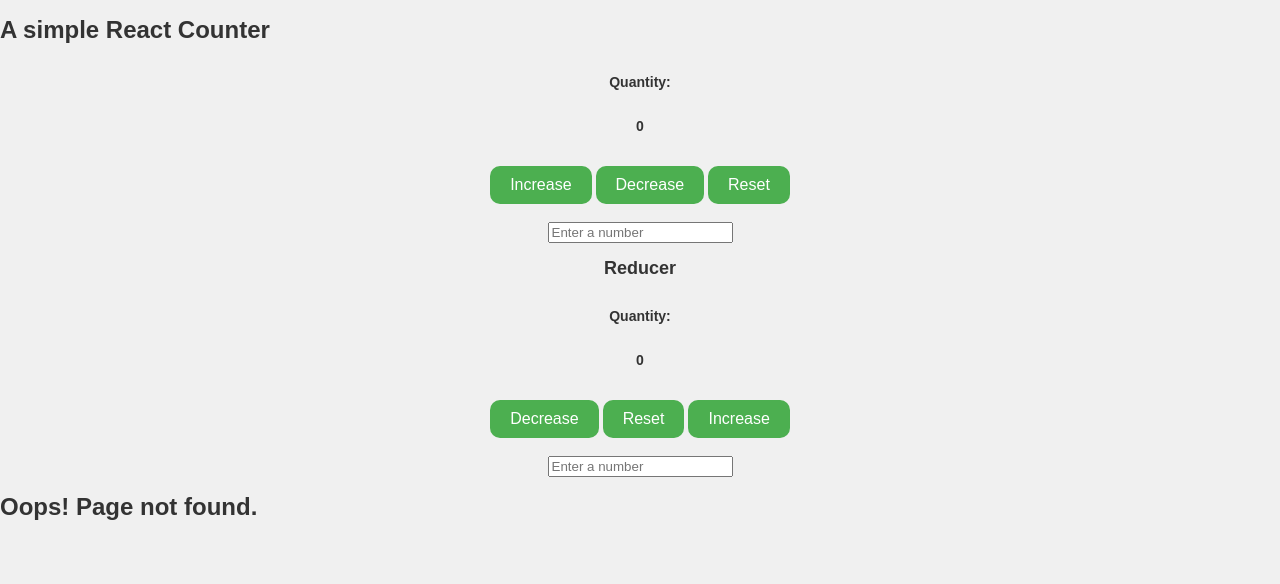
Repository: qudos4real/altschool-second-sem
Page: /
These files come from the project's save history. The page is drawn as it stood at one moment and after the next save; the edit follows.
The browser window is 1280 px wide. The pictures show the whole page.
The project was rebuilt for these pictures with package versions that can differ from the ones it lists, and the page was loaded fresh each time. Also part of the build but not shown: src/App.css, src/Components/ErrorBoundary.js.

Above is the page before, as saved 2022-11-04 14:53:40.

After the next save:
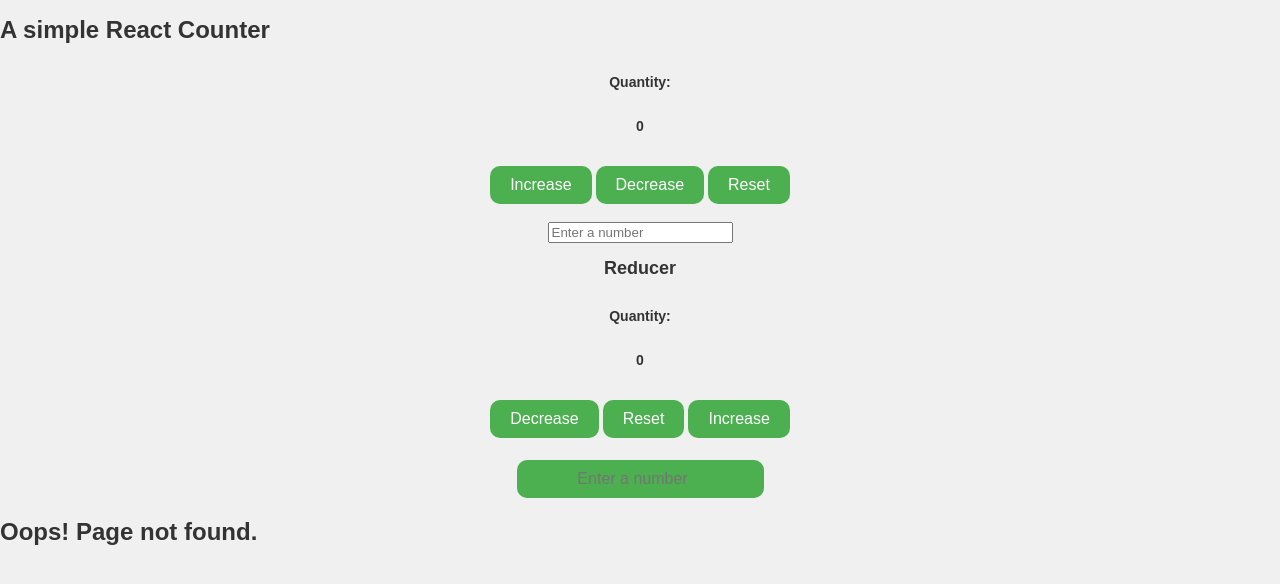
Saved 18 s later.
--- a/src/Components/Reducer.js
+++ b/src/Components/Reducer.js
@@ -18,7 +18,7 @@ function Reducer() {
       </div>
       <br />
       <input
-        type="number" placeholder="Enter a number"
+        type="number" placeholder="Enter a number" className="btn "
         onChange={(e) => dispatch({ type: "setValue", value: e.target.value })}
       />
     </div>
